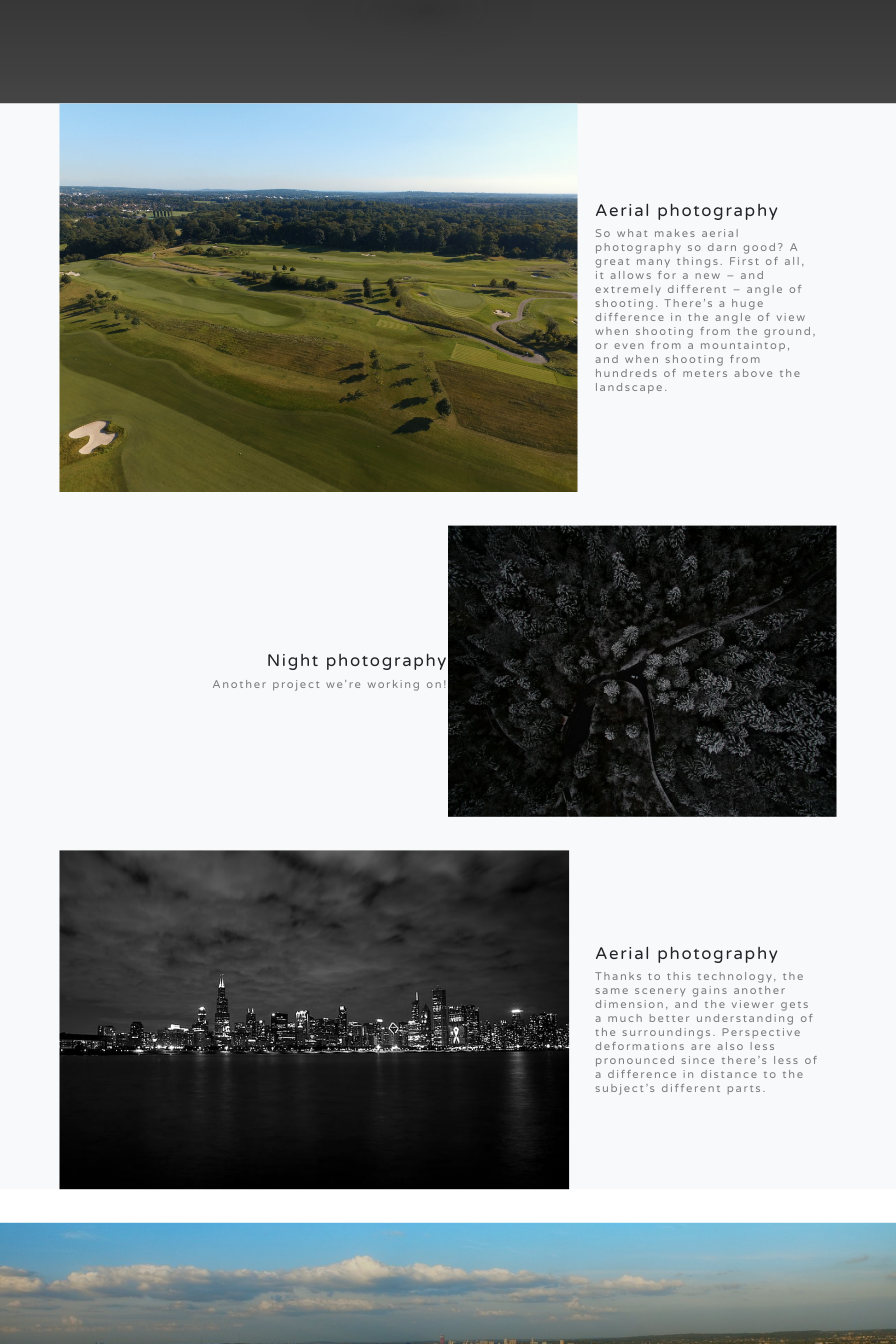
Repository: geoeskel/UCFD-Milestone-Project
Page: index.html
The author's editor kept a record of every edit. The page is drawn from the files as they stood at one moment, then again after the next edit.
The browser window is 1280 px wide. The pictures show the part of the page from y = 1597 to 3517 px (the page is 3904 px tall), at 70% of full size.
A picture or video elsewhere on the page could not be fetched, so the positions and the page height are approximate. Some web libraries are served in a nearby version.

Above is the page before.

After the next edit:
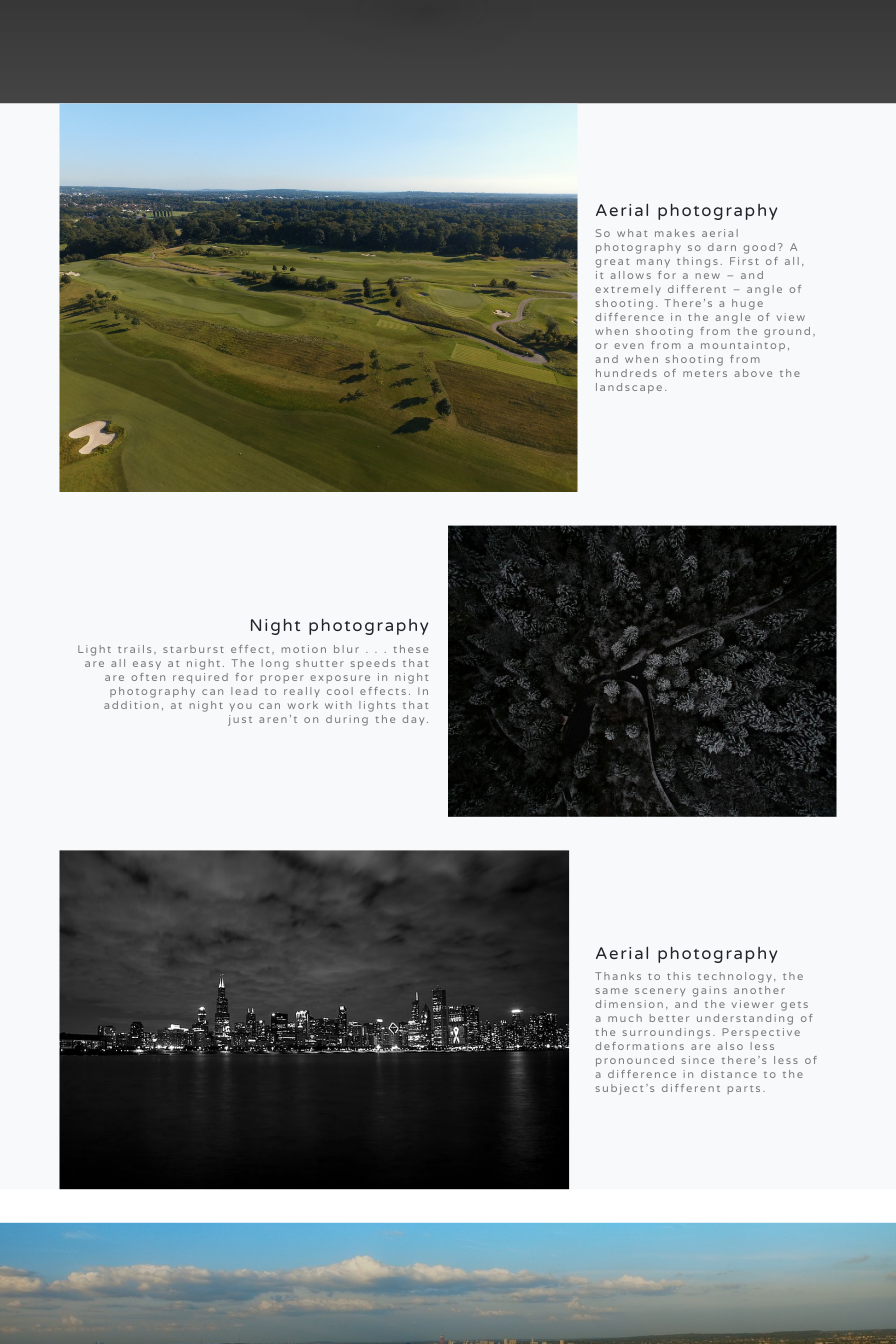
The edit:
--- a/index.html
+++ b/index.html
@@ -98,8 +98,12 @@
           <div class="text-center h-100 project">
             <div class="d-flex h-100">
               <div class="project-text w-100 my-auto text-center text-lg-right">
-                <h4 class="text-black">Night photography</h4>
-                <p class="mb-0 text-black-50">Another project we're working on!</p>
+                <div class="first-service">
+                  <h4 class="text-black">Night photography</h4>
+                  <p class="mb-0 text-black-50">Light trails, starburst effect, motion blur . . . these are all easy at night. The long shutter speeds that are often required for proper exposure in night photography can lead to really cool effects. In addition, at night you can work
+                    with lights that just aren’t on during the day.</p>
+                </div>
+
               </div>
             </div>
           </div>
@@ -114,8 +118,8 @@
           <div class="featured-text text-center text-lg-left">
             <div class="first-service">
               <h4>Aerial photography</h4>
-              <p class="text-black-50 mb-0">Thanks to this technology, the same scenery gains another dimension, and the viewer gets a much better understanding of the surroundings. Perspective deformations are also less pronounced since there’s less of a difference in distance
-                  to the subject’s different parts.</p>
+              <p class="text-black-50 mb-0">Thanks to this technology, the same scenery gains another dimension, and the viewer gets a much better understanding of the surroundings. Perspective deformations are also less pronounced since there’s less of a difference in distance to
+                the subject’s different parts.</p>
             </div>
           </div>
         </div>
